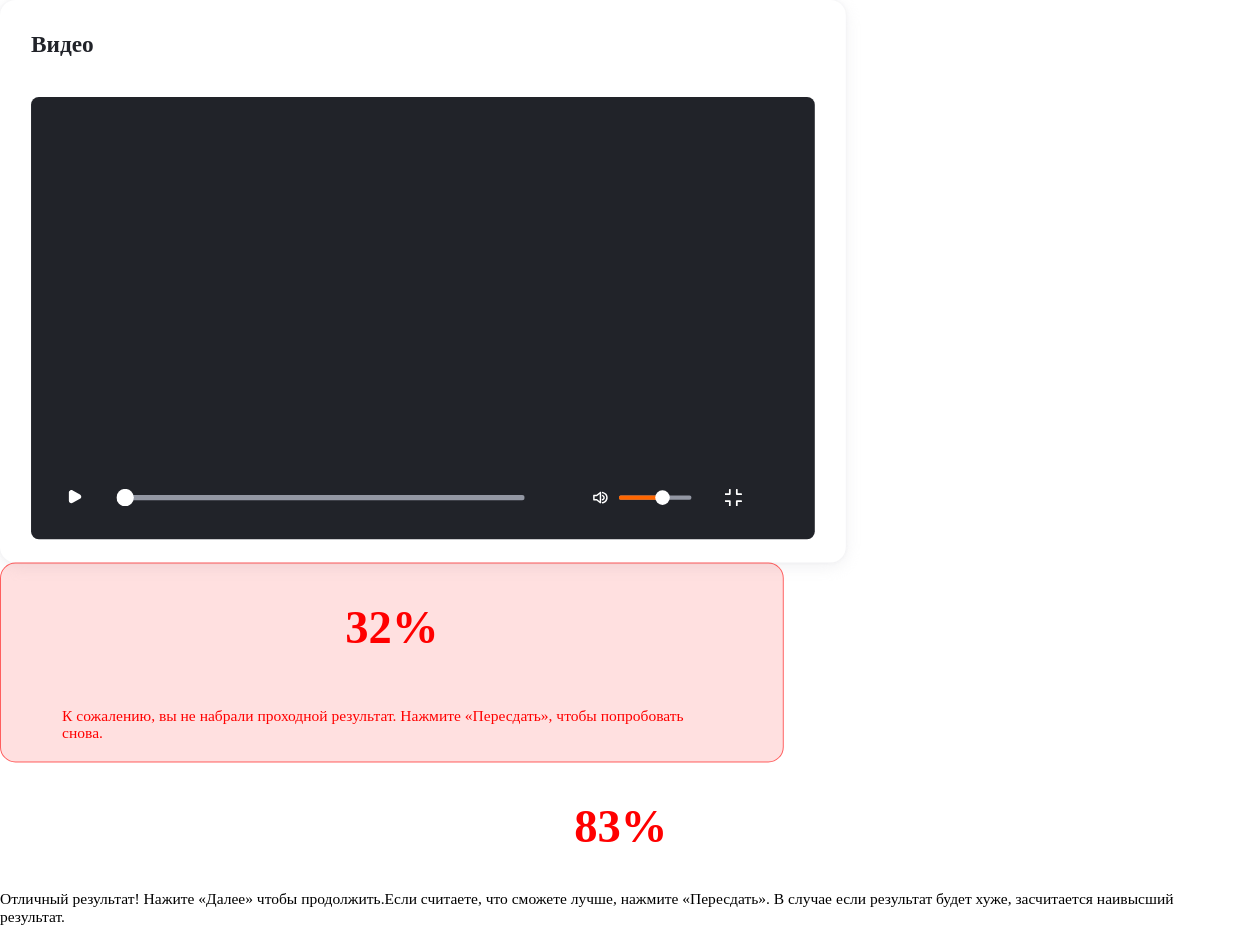
Repository: RuslanSR2424/Group5_LizaAlert
Page: index.html
These files come from the project's save history. The page is drawn as it stood at one moment and after the next save; the edit follows.
The browser window is 1280 px wide. The pictures show the whole page, at 97% of full size.

Above is the page before, as saved 2022-03-09 17:01:52.

After the next save:
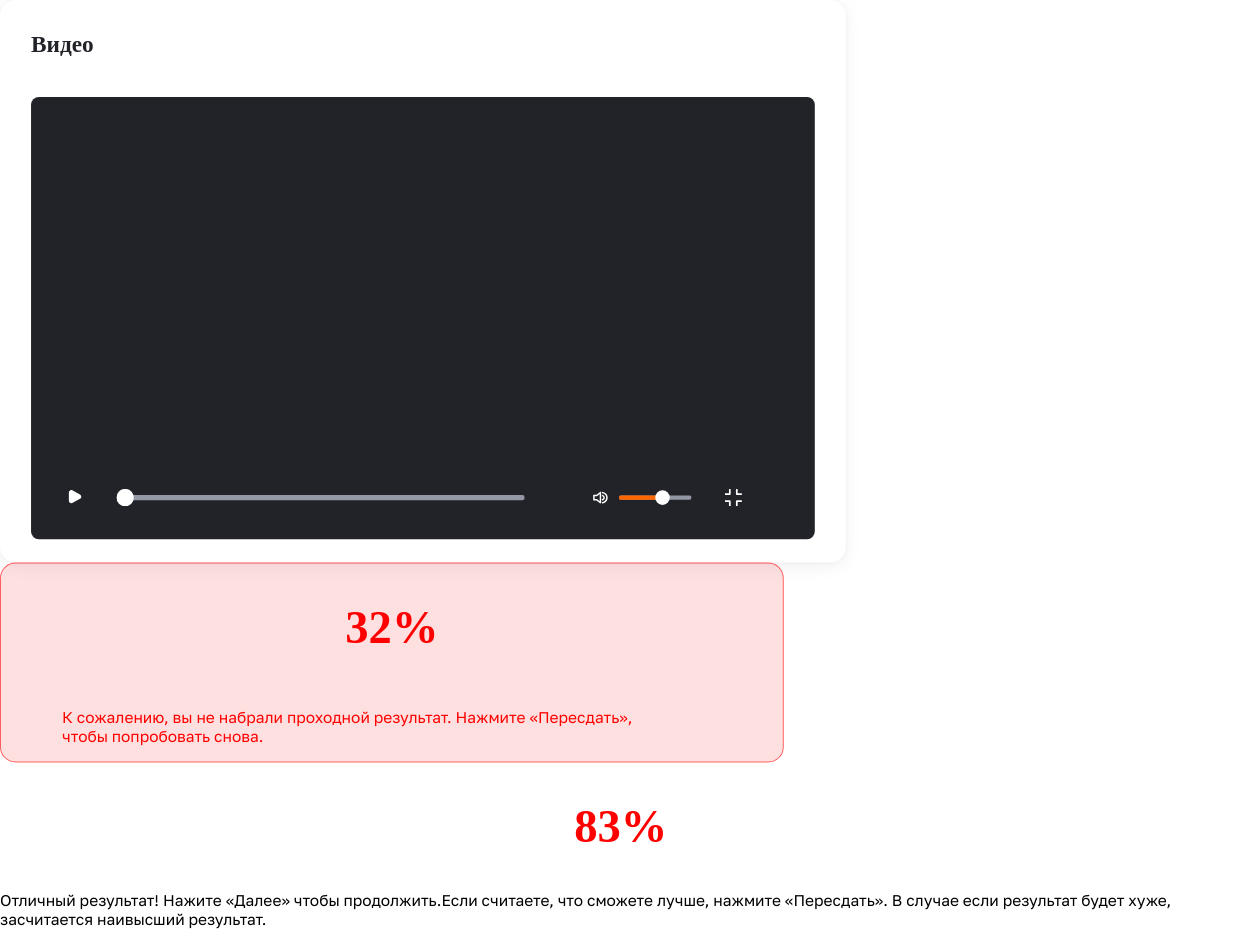
Saved 14 s later.
--- a/blocks/root/root.css
+++ b/blocks/root/root.css
@@ -1,5 +1,5 @@
 .root {
   margin: 0;
   padding: 0;
-  font-family: "Golos";
+  font-family: "GolosTextWebRegular";
 }
